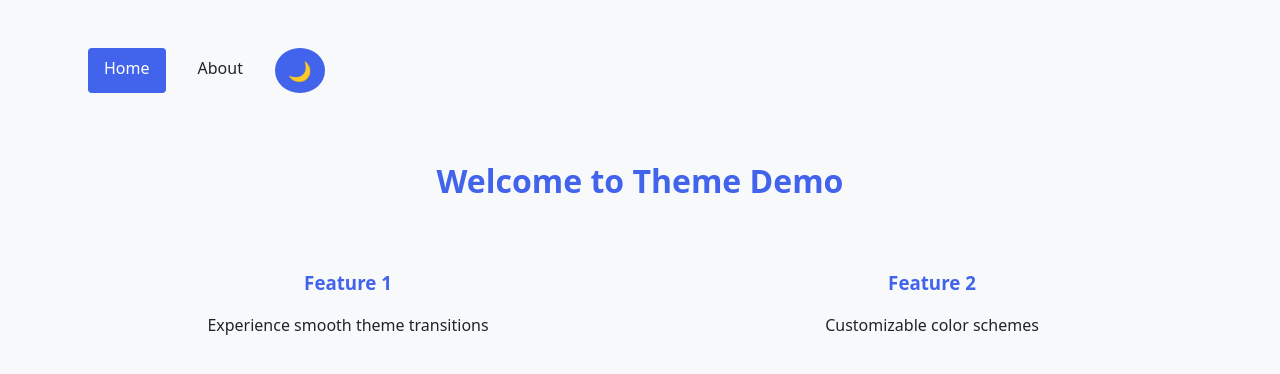
Repository: krislorem/multi
Page: /
The author's editor kept a copy of each file at every save. The page is drawn from the files as they stood at one save, then again after the next save.
The browser window is 1280 px wide. The pictures show the whole page.
The project was rebuilt for these pictures with package versions that can differ from the ones it lists, and the page was loaded fresh each time. Also part of the build but not shown: vite.config.ts.

Above is the page before, as saved 2025-02-12 18:09:09.

### index.html
<!DOCTYPE html>
<html lang="en">

<head>
  <meta charset="UTF-8">
  <link rel="icon" href="/favicon.ico">
  <meta name="viewport" content="width=device-width, initial-scale=1.0">
  <title>Vite App</title>
</head>

<body>
  <div id="app"></div>
  <script type="module" src="/src/main.ts"></script>
</body>
<style>
  html {
    line-height: 1.15;
    /* 1 */
    -webkit-text-size-adjust: 100%;
    /* 2 */
  }

  /* Sections
   ========================================================================== */

  /**
 * Remove the margin in all browsers.
 */

  body {
    margin: 0;
  }

  /**
 * Render the `main` element consistently in IE.
 */

  main {
    display: block;
  }

  /**
 * Correct the font size and margin on `h1` elements within `section` and
 * `article` contexts in Chrome, Firefox, and Safari.
 */

  h1 {
    font-size: 2em;
    margin: 0.67em 0;
  }

  /* Grouping content
   ========================================================================== */

  /**
 * 1. Add the correct box sizing in Firefox.
 * 2. Show the overflow in Edge and IE.
 */

  hr {
    box-sizing: content-box;
    /* 1 */
    height: 0;
    /* 1 */
    overflow: visible;
    /* 2 */
  }

  /**
 * 1. Correct the inheritance and scaling of font size in all browsers.
 * 2. Correct the odd `em` font sizing in all browsers.
 */

  pre {
    font-family: monospace, monospace;
    /* 1 */
    font-size: 1em;
    /* 2 */
  }

  /* Text-level semantics
   ========================================================================== */

  /**
 * Remove the gray background on active links in IE 10.
 */

  a {
    background-color: transparent;
  }

  /**
 * 1. Remove the bottom border in Chrome 57-
 * 2. Add the correct text decoration in Chrome, Edge, IE, Opera, and Safari.
 */

  abbr[title] {
    border-bottom: none;
    /* 1 */
    text-decoration: underline;
    /* 2 */
    text-decoration: underline dotted;
    /* 2 */
  }

  /**
 * Add the correct font weight in Chrome, Edge, and Safari.
 */

  b,
  strong {
    font-weight: bolder;
  }

  /**
 * 1. Correct the inheritance and scaling of font size in all browsers.
 * 2. Correct the odd `em` font sizing in all browsers.
 */

  code,
  kbd,
  samp {
    font-family: monospace, monospace;
    /* 1 */
    font-size: 1em;
    /* 2 */
  }

  /**
 * Add the correct font size in all browsers.
 */

  small {
    font-size: 80%;
  }

  /**
 * Prevent `sub` and `sup` elements from affecting the line height in
 * all browsers.
 */

  sub,
  sup {
    font-size: 75%;
    line-height: 0;
    position: relative;
    vertical-align: baseline;
  }

  sub {
    bottom: -0.25em;
  }

  sup {
    top: -0.5em;
  }

  /* Embedded content
   ========================================================================== */

  /**
 * Remove the border on images inside links in IE 10.
 */

  img {
    border-style: none;
  }

  /* Forms
   ========================================================================== */

  /**
 * 1. Change the font styles in all browsers.
 * 2. Remove the margin in Firefox and Safari.
 */

  button,
  input,
  optgroup,
  select,
  textarea {
    font-family: inherit;
    /* 1 */
    font-size: 100%;
    /* 1 */
    line-height: 1.15;
    /* 1 */
    margin: 0;
    /* 2 */
  }

  /**
 * Show the overflow in IE.
 * 1. Show the overflow in Edge.
 */

  button,
  input {
    /* 1 */
    overflow: visible;
  }

  /**
 * Remove the inheritance of text transform in Edge, Firefox, and IE.
 * 1. Remove the inheritance of text transform in Firefox.
 */

  button,
  select {
    /* 1 */
    text-transform: none;
  }

  /**
 * Correct the inability to style clickable types in iOS and Safari.
 */

  button,
  [type="button"],
  [type="reset"],
  [type="submit"] {
    appearance: button;
  }

  /**
 * Remove the inner border and padding in Firefox.
 */

  button::-moz-focus-inner,
  [type="button"]::-moz-focus-inner,
  [type="reset"]::-moz-focus-inner,
  [type="submit"]::-moz-focus-inner {
    border-style: none;
    padding: 0;
  }

  /**
 * Restore the focus styles unset by the previous rule.
 */

  button:-moz-focusring,
  [type="button"]:-moz-focusring,
  [type="reset"]:-moz-focusring,
  [type="submit"]:-moz-focusring {
    outline: 1px dotted ButtonText;
  }

  /**
 * Correct the padding in Firefox.
 */

  fieldset {
    padding: 0.35em 0.75em 0.625em;
  }

  /**
 * 1. Correct the text wrapping in Edge and IE.
 * 2. Correct the color inheritance from `fieldset` elements in IE.
 * 3. Remove the padding so developers are not caught out when they zero out
 *    `fieldset` elements in all browsers.
 */

  legend {
    box-sizing: border-box;
    /* 1 */
    color: inherit;
    /* 2 */
    display: table;
    /* 1 */
    max-width: 100%;
    /* 1 */
    padding: 0;
    /* 3 */
    white-space: normal;
    /* 1 */
  }

  /**
 * Add the correct vertical alignment in Chrome, Firefox, and Opera.
 */

  progress {
    vertical-align: baseline;
  }

  /**
 * Remove the default vertical scrollbar in IE 10+.
 */

  textarea {
    overflow: auto;
  }

  /**
 * 1. Add the correct box sizing in IE 10.
 * 2. Remove the padding in IE 10.
 */

  [type="checkbox"],
  [type="radio"] {
    box-sizing: border-box;
    /* 1 */
    padding: 0;
    /* 2 */
  }

  /**
 * Correct the cursor style of increment and decrement buttons in Chrome.
 */

  [type="number"]::-webkit-inner-spin-button,
  [type="number"]::-webkit-outer-spin-button {
    height: auto;
  }

  /**
 * 1. Correct the odd appearance in Chrome and Safari.
 * 2. Correct the outline style in Safari.
 */

  [type="search"] {
    appearance: textfield;
    /* 1 */
    outline-offset: -2px;
    /* 2 */
  }

  /**
 * Remove the inner padding in Chrome and Safari on macOS.
 */

  [type="search"]::-webkit-search-decoration {
    -webkit-appearance: none;
  }

  /**
 * 1. Correct the inability to style clickable types in iOS and Safari.
 * 2. Change font properties to `inherit` in Safari.
 */

  ::-webkit-file-upload-button {
    -webkit-appearance: button;
    /* 1 */
    font: inherit;
    /* 2 */
  }

  /* Interactive
   ========================================================================== */

  /*
 * Add the correct display in Edge, IE 10+, and Firefox.
 */

  details {
    display: block;
  }

  /*
 * Add the correct display in all browsers.
 */

  summary {
    display: list-item;
  }

  /* Misc
   ========================================================================== */

  /**
 * Add the correct display in IE 10+.
 */

  template {
    display: none;
  }

  /**
 * Add the correct display in IE 10.
 */

  [hidden] {
    display: none;
  }
</style>

</html>

### src/main.ts
import { createApp } from 'vue'
import { createPinia } from 'pinia'
import piniaPluginPersistedstate from 'pinia-plugin-persistedstate'
import App from './App.vue'
import router from './router'

const pinia = createPinia()
pinia.use(piniaPluginPersistedstate)

const app = createApp(App)

app.use(pinia)
app.use(router)

app.mount('#app')

### src/App.vue
<script setup lang="ts">
import ThemeSwitcher from '@/components/ThemeSwitcher.vue'
</script>

<template>
  <div class="app-container">
    <nav class="main-nav">
      <router-link to="/">Home</router-link>
      <router-link to="/about">About</router-link>
      <ThemeSwitcher />
    </nav>

    <main class="main-content">
      <router-view v-slot="{ Component }">
        <transition name="page" mode="out-in">
          <component :is="Component" />
        </transition>
      </router-view>
    </main>
  </div>
</template>

<style lang="scss">
.app-container {
  max-width: 1200px;
  margin: 0 auto;
  padding: 2rem;

  .main-nav {
    display: flex;
    gap: 1rem;
    margin-bottom: 3rem;
    padding: 1rem;
    background: rgba(var(--primary-color), 0.1);
    border-radius: 8px;

    a {
      padding: 0.5rem 1rem;
      text-decoration: none;
      color: var(--text-color);
      border-radius: 4px;
      transition: background 0.2s ease;

      &:hover {
        background: rgba(var(--primary-color), 0.2);
      }

      &.router-link-active {
        background: var(--primary-color);
        color: white;
      }
    }
  }

  .main-content {
    min-height: 60vh;
  }
}

.page-enter-active,
.page-leave-active {
  transition: opacity 0.3s ease, transform 0.3s ease;
}

.page-enter-from,
.page-leave-to {
  opacity: 0;
  transform: translateY(20px);
}
</style>

### src/router/index.ts
import { createRouter, createWebHistory } from 'vue-router'

const router = createRouter({
  history: createWebHistory(import.meta.env.BASE_URL),
  routes: [
    {
      path: '/',
      name: 'Home',
      component: () => import('@/views/HomeView.vue')
    },
    {
      path: '/about',
      name: 'About',
      component: () => import('@/views/AboutView.vue')
    },
    {
      path: '/:pathMatch(.*)*',
      name: 'NotFound',
      component: () => import('@/views/NotFound.vue')
    }
  ],
  scrollBehavior(to, from, savedPosition) {
    return savedPosition || { top: 0 }
  }
})

export default router

### src/assets/styles/main.scss
@use './light';
@use './dark';

:root {
  font-size: 16px;
  transition: var(--theme-transition);
}

* {
  margin: 0;
  padding: 0;
  box-sizing: border-box;
}

body {
  background-color: var(--bg-color);
  color: var(--text-color);
  font-family: system-ui, -apple-system, sans-serif;
  line-height: 1.5;
  min-height: 100vh;
  overflow-x: hidden;
}

### src/assets/styles/light.scss
:root[data-theme='light'] {
  --bg-color: #f8f9fa;
  --text-color: #212529;
  --primary-color: #4263eb;
  --accent-color: #7048e8;
  --theme-transition: all 0.3s ease;
}

### src/assets/styles/dark.scss
:root[data-theme='dark'] {
  --bg-color: #1a1a1a;
  --text-color: #f8f9fa;
  --primary-color: #5c7cfa;
  --accent-color: #9775fa;
  --theme-transition: all 0.3s ease;
}

### src/components/ThemeSwitcher.vue
<script setup lang="ts">
import { useThemeStore } from '@/stores/theme'
import { ref, onMounted } from 'vue'
import gsap from 'gsap'

const themeStore = useThemeStore()
const targetTheme = ref(themeStore.currentTheme)

const getCenterPosition = (element: HTMLElement) => {
  const rect = element.getBoundingClientRect()
  return {
    x: rect.left + rect.width / 2,
    y: rect.top + rect.height / 2
  }
}

const switchTheme = async (event: MouseEvent) => {
  const button = event.currentTarget as HTMLElement
  const { x, y } = getCenterPosition(button)
  const newTheme = targetTheme.value === 'light' ? 'dark' : 'light'

  const mask = document.createElement('div')
  mask.style.cssText = `
    position: fixed;
    top: 0;
    left: 0;
    width: 100vw;
    height: 100vh;
    background: ${newTheme === 'light' ? '#eaecee' : '#17202a '};
    clip-path: circle(0% at ${x}px ${y}px);
    z-index: 9999;
    pointer-events: none;
    mix-blend-mode: difference;
  `
  document.body.appendChild(mask)

  await gsap.to(mask, {
    clipPath: `circle(150% at ${x}px ${y}px)`,
    duration: 0.5,
    ease: 'power4.out'
  })

  themeStore.setTheme(newTheme)
  targetTheme.value = newTheme
  document.documentElement.setAttribute('data-theme', newTheme)
  document.body.removeChild(mask)
}

onMounted(() => {
  document.documentElement.setAttribute('data-theme', themeStore.currentTheme)
})
</script>

<template>
  <button @click="switchTheme" class="theme-switcher"
    :title="`Switch to ${targetTheme === 'light' ? 'dark' : 'light'} theme`">
    <transition name="fade" mode="out-in">
      <span :key="targetTheme">
        {{ targetTheme === 'light' ? '🌙' : '☀️' }}
      </span>
    </transition>
  </button>
</template>

<style lang="scss">
.theme-switcher {
  background: var(--primary-color);
  border: none;
  padding: 0.8rem;
  border-radius: 50%;
  cursor: pointer;
  transition: transform 0.2s ease;

  &:hover {
    transform: scale(1.1);
  }

  span {
    display: block;
    font-size: 1.2rem;
    line-height: 1;
  }
}

.fade-enter-active,
.fade-leave-active {
  transition: opacity 0.2s ease;
}

.fade-enter-from,
.fade-leave-to {
  opacity: 0;
}
</style>

### src/views/HomeView.vue
<script setup lang="ts"></script>

<template>
  <div class="home-view">
    <h1>Welcome to Theme Demo</h1>
    <div class="feature-grid">
      <div class="feature-card">
        <h3>Feature 1</h3>
        <p>Experience smooth theme transitions</p>
      </div>
      <div class="feature-card">
        <h3>Feature 2</h3>
        <p>Customizable color schemes</p>
      </div>
    </div>
  </div>
</template>

<style lang="scss">
.home-view {
  text-align: center;

  h1 {
    margin-bottom: 2rem;
    color: var(--primary-color);
  }

  .feature-grid {
    display: grid;
    grid-template-columns: repeat(auto-fit, minmax(250px, 1fr));
    gap: 2rem;
    margin-top: 2rem;
  }

  .feature-card {
    padding: 2rem;
    background: rgba(var(--primary-color), 0.1);
    border-radius: 8px;
    transition: transform 0.2s ease;

    &:hover {
      transform: translateY(-5px);
    }

    h3 {
      color: var(--primary-color);
      margin-bottom: 1rem;
    }
  }
}
</style>

### src/stores/theme.ts
import { defineStore } from 'pinia'

export const useThemeStore = defineStore('theme', {
  state: () => ({
    currentTheme: 'light' as 'light' | 'dark'
  }),
  actions: {
    setTheme(theme: 'light' | 'dark') {
      if (this.currentTheme !== theme) {
        this.currentTheme = theme
      }
    }
  },
  persist: {
    key: 'vue-theme',
    storage: localStorage,
    pick: ['currentTheme']
  }
})

After the next save:
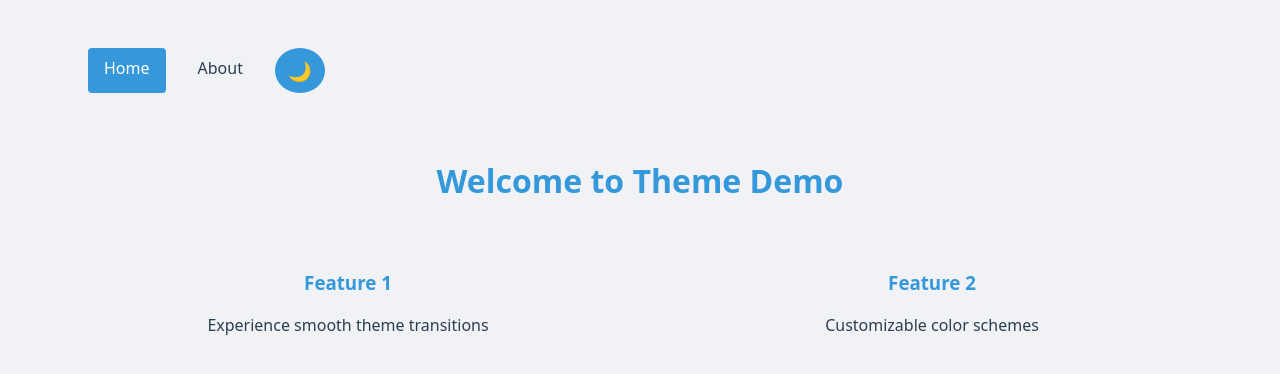
Saved 17 min 28 s later.
--- a/src/assets/styles/main.scss
+++ b/src/assets/styles/main.scss
@@ -12,6 +12,30 @@
   box-sizing: border-box;
 }
 
+
+// 混合模式优化层
+.mix-blend-optimize {
+  isolation: isolate;
+  position: relative;
+  z-index: 1;
+
+  &::before {
+    content: '';
+    position: absolute;
+    inset: 0;
+    background: var(--bg-color);
+    z-index: -1;
+  }
+}
+
+// 应用混合优化的元素
+body,
+.app-container,
+.main-nav,
+.main-content {
+  @extend .mix-blend-optimize;
+}
+
 body {
   background-color: var(--bg-color);
   color: var(--text-color);
--- a/src/assets/styles/light.scss
+++ b/src/assets/styles/light.scss
@@ -1,7 +1,15 @@
 :root[data-theme='light'] {
-  --bg-color: #f8f9fa;
-  --text-color: #212529;
-  --primary-color: #4263eb;
-  --accent-color: #7048e8;
-  --theme-transition: all 0.3s ease;
+  // 基础色值
+  --bg-color: #f0f2f5;
+  --text-color: #2c3e50;
+  --primary-color: #3498db;
+  --accent-color: #e74c3c;
+
+  // 对应暗色主题的互补色（用于mask）
+  --mask-bg-color: #0f0d13; // = #f0f2f5 - #ffffff
+  --mask-text-color: #d3c1af; // = #2c3e50 - #ffffff
+  --mask-primary-color: #cb673c; // = #3498db - #ffffff
+  --mask-accent-color: #18b3c4; // = #e74c3c - #ffffff
+
+  --theme-transition: all 0.3s cubic-bezier(0.4, 0, 0.2, 1);
 }
--- a/src/assets/styles/dark.scss
+++ b/src/assets/styles/dark.scss
@@ -1,7 +1,15 @@
 :root[data-theme='dark'] {
-  --bg-color: #1a1a1a;
-  --text-color: #f8f9fa;
-  --primary-color: #5c7cfa;
-  --accent-color: #9775fa;
-  --theme-transition: all 0.3s ease;
+  // 基础色值
+  --bg-color: #0f0d13;
+  --text-color: #d3c1af;
+  --primary-color: #cb673c;
+  --accent-color: #18b3c4;
+
+  // 对应亮色主题的互补色（用于mask）
+  --mask-bg-color: #f0f2f5; // = #0f0d13 - #ffffff
+  --mask-text-color: #2c3e50; // = #d3c1af - #ffffff
+  --mask-primary-color: #3498db; // = #cb673c - #ffffff
+  --mask-accent-color: #e74c3c; // = #18b3c4 - #ffffff
+
+  --theme-transition: all 0.3s cubic-bezier(0.4, 0, 0.2, 1);
 }
